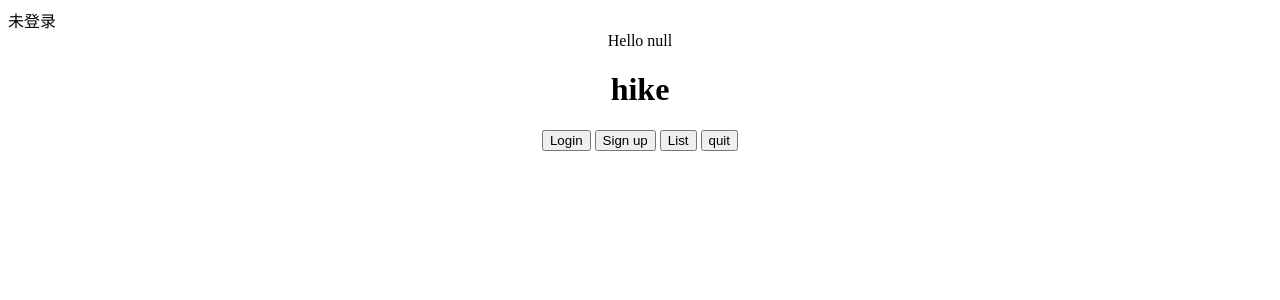
Repository: MorPhingG/JavaWeb
Page: http://localhost/Login/quit.jsp
The author's editor kept a copy of each file at every save. The page is drawn from the files as they stood at one save, then again after the next save.
The browser window is 1280 px wide. The pictures show the whole page.
The page is served by Tomcat 9.

Above is the page before, as saved 2016-04-24 15:55:44.

### Login/WebContent/quit.jsp
<%@ page language="java" contentType="text/html; charset=UTF-8"
    pageEncoding="UTF-8"%>
<!DOCTYPE html PUBLIC "-//W3C//DTD HTML 4.01 Transitional//EN" "http://www.w3.org/TR/html4/loose.dtd">
<html>
<head>
<meta http-equiv="Content-Type" content="text/html; charset=UTF-8">
<title>Insert title here</title>
</head>
<body>
	<% session.invalidate(); %>
	<jsp:forward page="index.jsp">
	<jsp:param name="name" value="value"/>
	</jsp:forward>
</body>
</html>

### Login/WebContent/index.jsp
<%@ page language="java" contentType="text/html; charset=UTF-8"
    pageEncoding="UTF-8"%>
<!DOCTYPE html PUBLIC "-//W3C//DTD HTML 4.01 Transitional//EN" "http://www.w3.org/TR/html4/loose.dtd">
<html>
<head>
<meta http-equiv="Content-Type" content="text/html; charset=UTF-8">
<title>Insert title here</title>
</head>
<body>
<%

	String username = (String)session.getAttribute("username");
	if(username==null){
      out.print("未登录");
      }else{
    	  out.print("已登录");
} %>
	<center>Hello <%=username%>
  	<h1>hike</h1>
 	<input type="button" value="Login" onClick="window.location.href='Login.jsp'">
 	<input type="button" value="Sign up" onClick="window.location.href='SignUp.jsp'">
    <input type="button" value="List" onClick="window.location.href='List.jsp'">
    <input type="button" value="quit" onClick="window.location.href='quit.jsp'">

    </center>
</body>
</html>

After the next save:
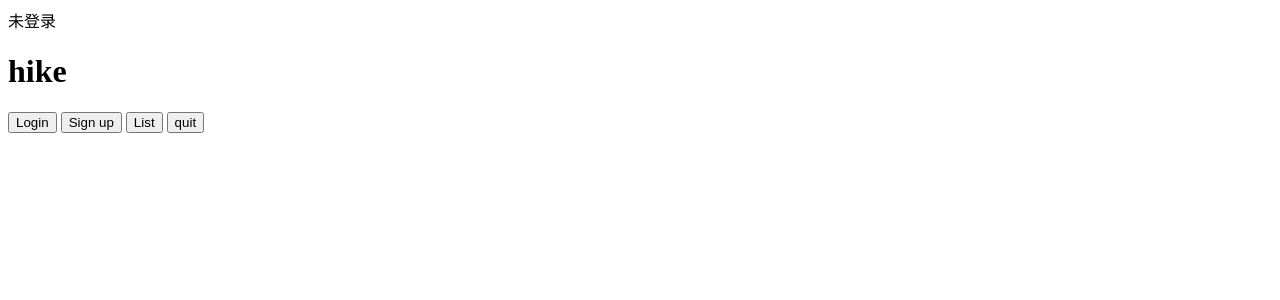
Saved 22 min 10 s later.
--- a/Login/WebContent/index.jsp
+++ b/Login/WebContent/index.jsp
@@ -12,10 +12,11 @@
 	String username = (String)session.getAttribute("username");
 	if(username==null){
       out.print("未登录");
-      }else{
-    	  out.print("已登录");
-} %>
-	<center>Hello <%=username%>
+      }else{%>
+		<center>Hello <%=username%>
+<%
+}
+%>
   	<h1>hike</h1>
  	<input type="button" value="Login" onClick="window.location.href='Login.jsp'">
  	<input type="button" value="Sign up" onClick="window.location.href='SignUp.jsp'">
